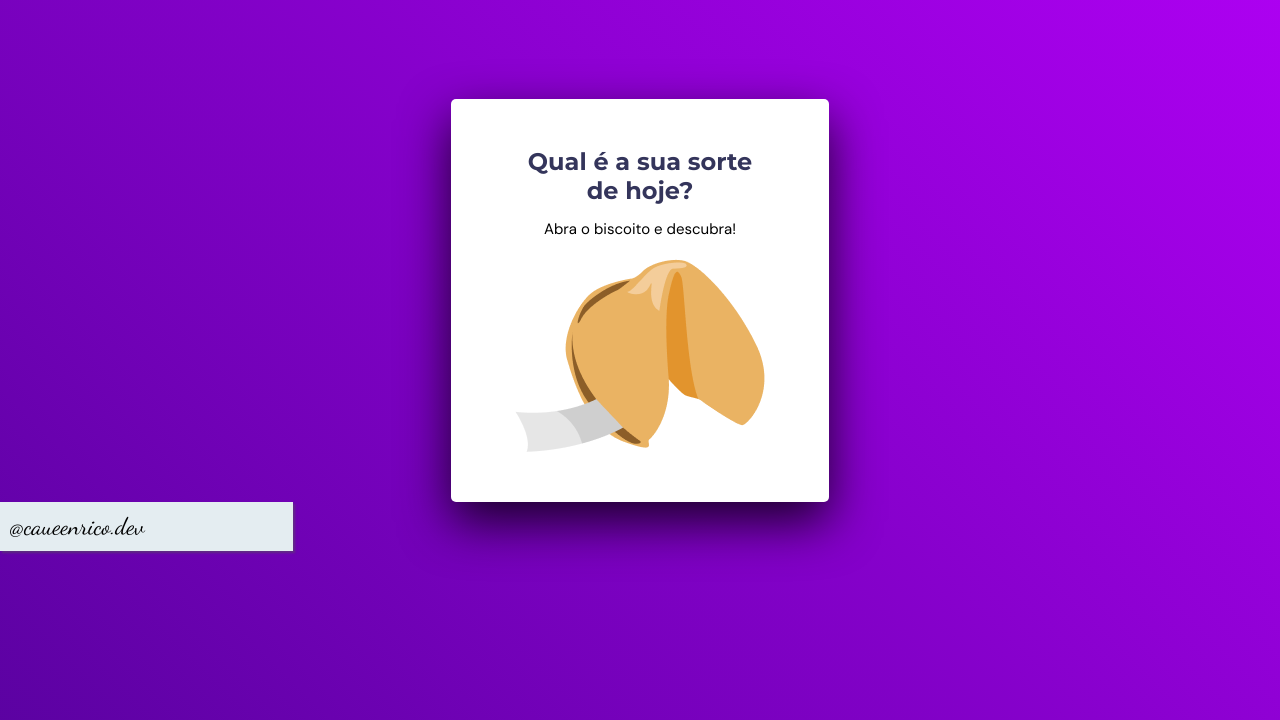
Repository: caueenrico/cookieCoach
Page: index.html
An editor plug-in stored every save of this project. The page is shown before and after a run of saves, followed by the edit.
The browser window is 1280 px wide. The pictures show the whole page.

Above is the page before, as saved 2023-06-27 18:47:28.

### index.html
<!DOCTYPE html>
<html lang="en">
  <head>
    <meta charset="UTF-8" />
    <meta name="viewport" content="width=device-width, initial-scale=1.0" />
    <link rel="preconnect" href="https://fonts.googleapis.com" />
    <link rel="preconnect" href="https://fonts.gstatic.com" crossorigin />
    <link
      href="https://fonts.googleapis.com/css2?family=DM+Sans&family=Dancing+Script&family=Montserrat:wght@700&display=swap"
      rel="stylesheet"
    />
    <link rel="stylesheet" href="style.css" />
    <title>biscoito da sorte</title>
  </head>
  <body>
    <main>

      <div id='fechado' class="fechado">
        <h1>
          Qual é a sua sorte <br />
          de hoje?
        </h1>
        <p>Abra o biscoito e descubra!</p>
        <img src="/biscoitoClose.png" alt="" />
      </div>

      <div id='aberto' class="hide">
        <h1>
          Aqui está a sua sorte <br/> de hoje:
        </h1>

        <span>
          Se alguém está tão cansado que não possa te dar um sorriso, deixa-lhe o teu.
        </span>
        <img src="/opened-cookie.png" alt="" />

        <button>
          Abrir outro biscoito
        </button>
      </div>

    </main>

    <span class="footer">@caueenrico.dev</span>
  </body>
  <script src="script.js"></script>
</html>

### style.css
* {
  margin: 0;
  padding: 0;
  box-sizing: border-box;
}

:root {
  font-size: 62.5%;

  --fs-heading: 2.4rem;
  --ff-heading: "Montserrat", sans-serif;

  --fs-subt: 1.5rem;
  --ff-subt: "DM Sans", sans-serif;
}

body {
  height: 100vh;
  width: 100vw;
  display: flex;
  flex-direction: column;
  justify-content: center;

  background: linear-gradient(45deg, #190361, #bb00ff);
  animation: gradient 10s ease infinite;
  background-size: 200% 200%;
}

@keyframes gradient {
  0% {
    background-position: 0% 50%;
  }
  50% {
    background-position: 100% 50%;
  }
  100% {
    background-position: 0% 50%;
  }
}

main {
  margin: 0 auto;

  display: flex;
  flex-direction: column;
  align-items: center;
  justify-content: center;

  padding: 4.8rem 6.4rem;
  background-color: #fff;

  text-align: center;

  border-radius: 5px;
  box-shadow: 0px 20px 50px 0px rgba(0, 0, 0, 0.8);
}

main h1 {
  font-family: var(--ff-heading);
  font-size: var(--fs-heading);
  font-weight: 700;

  color: #34355b;
  margin-bottom: 1.4rem;
}

main p {
  font-size: var(--fs-subt);
  font-family: var(--ff-subt);

  margin-bottom: 2rem;
}

main img {
  width: 100%;
  flex-shrink: 0;
}

main img:hover {
  animation: treme 0.1s infinite;
}

@keyframes treme {
  0% {
    margin-left: 0;
  }
  25% {
    margin-left: 5px;
  }
  50% {
    margin-left: 0;
  }
  75% {
    margin-left: -5px;
  }
  100% {
    margin-left: 0;
  }
}

.hide {
  display: none;
}

span {
  display: flex;
  padding: 10px;
  text-align: center;
  width: 29.3rem;
  background: #e4edf1;
  font-size: 24px;
  font-family: Dancing Script;
  color: #000;

  box-shadow: 2px 2px 2px 0px rgba(85, 85, 85, 0.5);

  margin-bottom: 7rem;
  animation: aparece 2s ease;

}

@keyframes aparece {
  0% {
    transform: translateY(100px);
    opacity: 0;
  }
  100% {
    translate: translateY(0px);
    opacity: 1;
  }
}

.abriu {
  display: flex;
  flex-direction: column;
  align-items: center;
}

.abriu button {
  padding: 1.6rem;
  border-radius: 5px;

  border: none;

  font-size: 15px;
  font-family: DM Sans;
  font-weight: 700;

  color: #FFF;
  background: #FF9500;

  margin-top: 6.0rem;
}

### script.js
const container = document.querySelector('div')
const img = document.querySelector('img')
const aberto = document.getElementById('aberto')

const btn = document.querySelector('button')

const frasesMotivacionais = [
  "Acredite em si mesmo e tudo será possível.",
  "O único lugar onde o sucesso vem antes do trabalho é no dicionário.",
  "O sucesso é a soma de pequenos esforços repetidos dia após dia.",
  "Se você quer ser bem-sucedido, precisa ter dedicação total, buscar seu último limite e dar o melhor de si mesmo.",
  "O sucesso nasce do querer, da determinação e persistência em se chegar a um objetivo.",
  "A persistência é o caminho do êxito.",
  "Não tenha medo de desistir do bom para perseguir o ótimo.",
  "Não é o mais forte que sobrevive, nem o mais inteligente, mas o que melhor se adapta às mudanças.",
  "O sucesso é ir de fracasso em fracasso sem perder entusiasmo.",
  "O único modo de fazer um excelente trabalho é amar o que você faz.",
  "Grandes mentes discutem ideias; mentes medianas discutem eventos; mentes pequenas discutem pessoas.",
  "O sucesso normalmente vem para quem está ocupado demais para procurar por ele.",
  "A melhor vingança é um sucesso estrondoso.",
  "O maior prazer da vida é fazer aquilo que as pessoas dizem que você não é capaz.",
  "Para de perseguir o dinheiro e comece a perseguir o sucesso.",
  "A única maneira de fazer um ótimo trabalho é amar o que você faz.",
  "O que nos parece uma provação amarga pode ser uma bênção disfarçada.",
  "Nada é impossível, a palavra em si diz 'eu sou possível'.",
  "Acredite em seus sonhos e eles podem se tornar realidade.",
  "O sucesso é a soma de pequenos esforços repetidos diariamente.",
  "O otimismo é a fé em ação. Nada se pode levar a efeito sem otimismo.",
  "Se você não está disposto a arriscar, esteja disposto a uma vida comum.",
  "O sucesso é a capacidade de ir de fracasso em fracasso sem perder o entusiasmo.",
  "A motivação é o que faz você começar. O hábito é o que faz você continuar.",
  "O maior erro que você pode cometer é o de ficar o tempo todo com medo de cometer algum.",
  "Não importa a cor do céu. Quem faz o dia bonito é você.",
  "O sucesso nunca é definitivo e o fracasso nunca é fatal. É a coragem que conta.",
  "Se você quer algo que nunca teve, precisa fazer algo que nunca fez.",
  "Não tenha medo de desistir do bom para correr atrás do ótimo.",
  "O verdadeiro empreendedor é um fazedor, não um sonhador.",
  "Seja a mudança que você quer ver no mundo.",
  "A persistência é o caminho do êxito.",
  "O sucesso é a soma de pequenos esforços repetidos dia após dia.",
  "Você é capaz de fazer coisas incríveis.",
  "Acredite que você pode e já está no meio do caminho.",
  "O sucesso nasce do querer, da determinação e persistência em se chegar a um objetivo.",
]

img.addEventListener('click', () => {
  container.classList.toggle('hide')
  aberto.classList.toggle('hide' && 'abriu')
  fraseAleatoria()
})

btn.addEventListener('click', () => {
  container.classList.toggle('hide')
  aberto.classList.toggle('hide' && 'abriu')

})

function fraseAleatoria() {
  const fraseMotivacional = frasesMotivacionais[Math.round(Math.random() * frasesMotivacionais.length)]

  const fraseEmTela = document.getElementsByTagName('span')
  fraseEmTela[0].innerHTML = fraseMotivacional

  console.log(fraseEmTela)
}

After the next 2 saves:
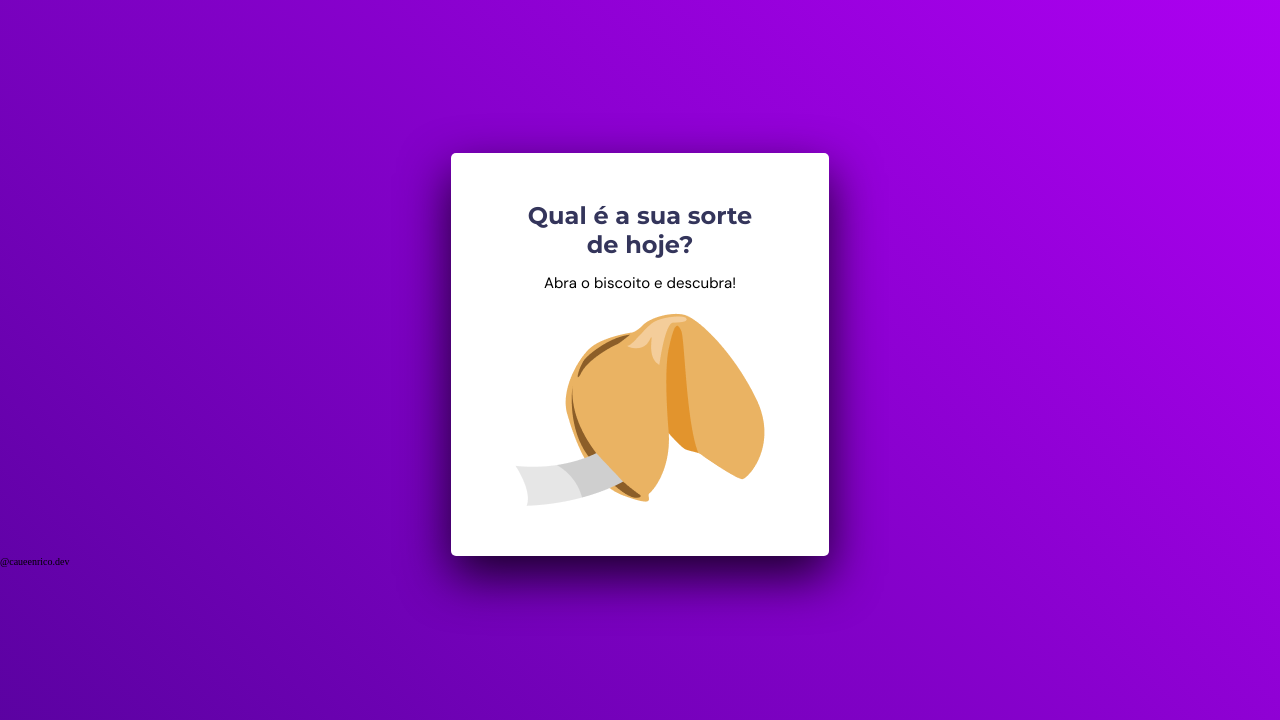
The 2 saves are shown as one change because they came seconds apart.
The last was saved 19 s later.
--- a/index.html
+++ b/index.html
@@ -41,7 +41,7 @@
 
     </main>
 
-    <span class="footer">@caueenrico.dev</span>
+    <footer>@caueenrico.dev</footer>
   </body>
   <script src="script.js"></script>
 </html>
